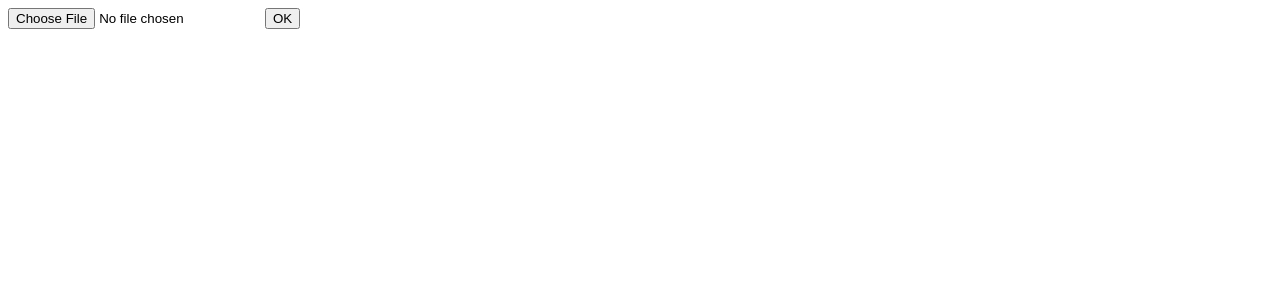
Repository: Hung22072003/Advertisement_JSP
Page: http://localhost/Advertisement_JSP/
These files come from the project's save history. The page is drawn as it stood at one moment and after the next save; the edit follows.
The browser window is 1280 px wide. The pictures show the whole page.
The page is served by Tomcat 10.

Above is the page before, as saved 2023-12-03 02:52:39.

After the next save:
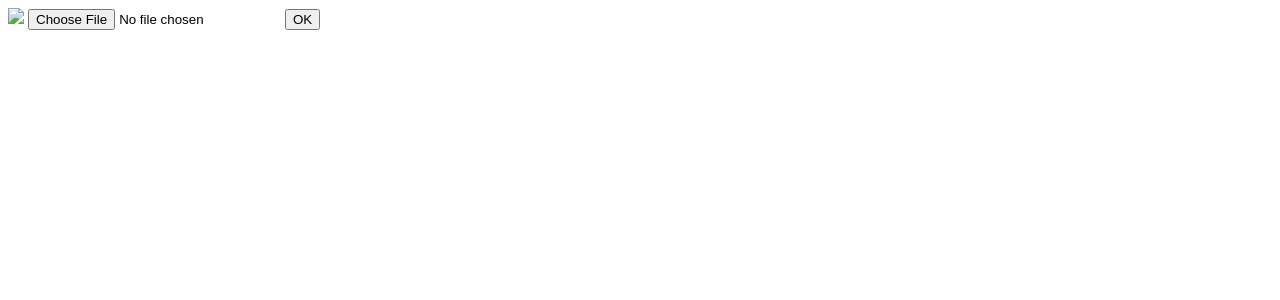
Not found: Advertisement_JSP/Advertisement_JSP/ HUNG/Project_JSP/Advertisement_JSP/src/main/java/Images/371503568_1053586242359857_
Saved 7 min 25 s later.
--- a/Advertisement_JSP/src/main/webapp/index.jsp
+++ b/Advertisement_JSP/src/main/webapp/index.jsp
@@ -8,6 +8,7 @@
 </head>
 <body>
 <form action = "HomeServlet" method = "POST">
+	<image src = "%20HUNG/Project_JSP/Advertisement_JSP/src/main/java/Images/371503568_1053586242359857_4762891241613505638_n.png">
 	<input type = "file" name = "fileInput">
 	<input type = "submit" name = "btnSubmit" value = "OK">
 </form>
